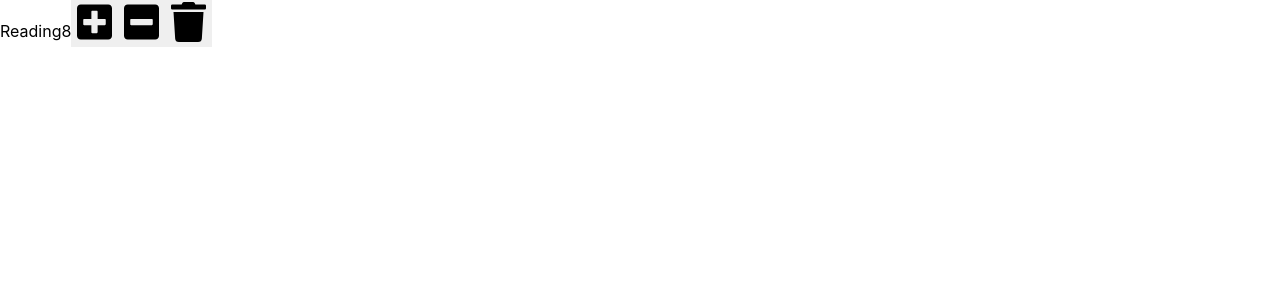
Repository: keehoonjung/react-habit-tracker
Page: / (app in react/habit-tracker/)
An editor plug-in stored every save of this project. The page is shown before and after the next save, followed by the edit.
The browser window is 1280 px wide. The pictures show the whole page.
The project was rebuilt for these pictures with package versions that can differ from the ones it lists, and the page was loaded fresh each time.

Above is the page before, as saved 2021-08-30 16:16:47.

### react/habit-tracker/public/index.html
<!DOCTYPE html>
<html lang="en">
  <head>
    <meta charset="utf-8" />
    <link rel="icon" href="%PUBLIC_URL%/favicon.ico" />
    <meta name="viewport" content="width=device-width, initial-scale=1" />
    <meta name="theme-color" content="#000000" />
    <meta
      name="description"
      content="Web site created using create-react-app"
    />
    <link rel="apple-touch-icon" href="%PUBLIC_URL%/logo192.png" />
    <title>App</title>
  </head>
  <body>
    <noscript>You need to enable JavaScript to run this app.</noscript>
    <div id="root"></div>
  </body>
</html>

### react/habit-tracker/src/app.jsx
import React from "react";
import "./app.css";
import Habit from "./components/habit";

function App() {
  return <Habit />;
}

export default App;

### react/habit-tracker/src/app.css
button {
  outline: none;
  border: 0;
  cursor: pointer;
}

.habit-button {
  font-size: 2.5rem;
}

### react/habit-tracker/src/components/habit.jsx
import React, { Component } from "react";

class Habit extends Component {
  render() {
    return (
      <>
        <span className="habit-name">Reading</span>
        <span className="habit-count">8</span>
        <button className="habit-button haibit-increase">
          <i className="fas fa-plus-square"></i>
        </button>
        <button className="habit-button haibit-decrease">
          <i className="fas fa-minus-square"></i>
        </button>
        <button className="habit-button haibit-delete">
          <i className="fas fa-trash"></i>
        </button>
      </>
    );
  }
}

export default Habit;

Loaded but not shown: react/habit-tracker/src/index.js (common file); react/habit-tracker/src/index.css (common file)

After the next save:
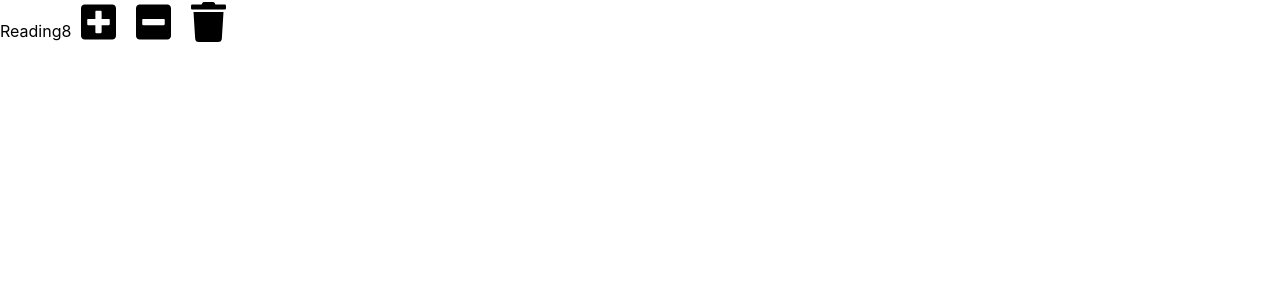
Saved 15 s later.
--- a/react/habit-tracker/src/app.css
+++ b/react/habit-tracker/src/app.css
@@ -6,4 +6,6 @@ button {
 
 .habit-button {
   font-size: 2.5rem;
+  margin: 0 0.1em;
+  background-color: transparent;
 }
